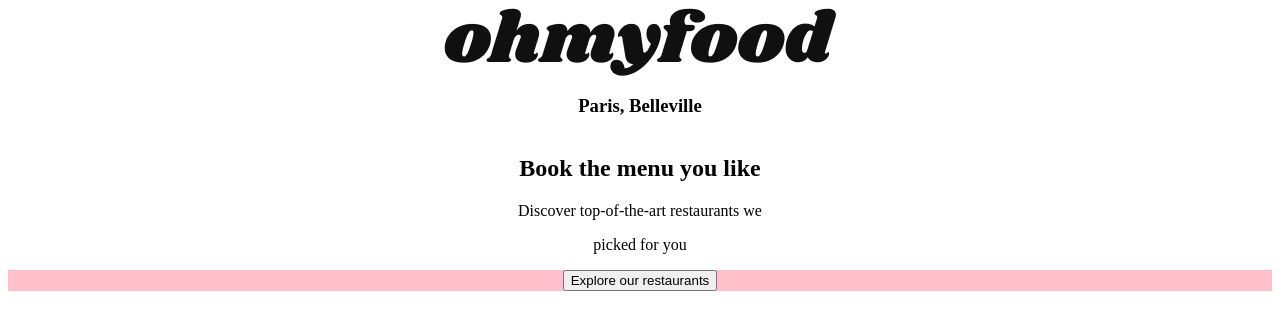
Repository: ailahin/ohmyfood
Page: Index.html
These files come from the project's save history. The page is drawn as it stood at one moment and after the next save; the edit follows.
The browser window is 1280 px wide. The pictures show the whole page.

Above is the page before, as saved 2023-08-11 00:52:03.

### Index.html
<!DOCTYPE html>
<html lang="en">
<head>
    <meta charset="UTF-8">
    <meta name="viewport" content="width=device-width, initial-scale=1.0">
    <title>ohmyfood</title>
    <link rel="stylesheet" href="index.css">
</head>
<body>
    <header>
        <div class="header-img">
            <img src="/images/logo/ohmyfood.png" alt="">
        </div>

        <div class="header-title">
            <h3> Paris, Belleville</h3>
        </div>

    </header>
    <nav>


        <div>
            <h1 class="nav-title"> Book the menu you like</h1>
        <p class="span-text"> Discover top-of-the-art restaurants we</p>
        <p class="span-text">picked for you</p>
        <p class="btn-text" ><button>Explore our restaurants </button></p>

        </div>

    </nav>

    <section>

    </section>
    <footer>

    </footer>
</body>
</html>

### index.css

.header-img{
    display: flex;
    align-items: center;
    justify-content:center;

}
.header-title{
    display: flex;
    align-items: center;
    justify-content:center;

}
.nav{
        align-items: center;
        justify-content: center;
        display: flex;


}

    .nav-title{
        align-items: center;
        justify-content: center;
        display: flex;

    }

    .span-text{
        align-items: center;
        justify-content: center;
        display: flex;
    }

    .btn-text{
        display: flex;
        text-align: center;
        justify-content: center;
        background-color: pink;
        padding-left: 200px;
        padding-right: 200px;
    }

After the next save:
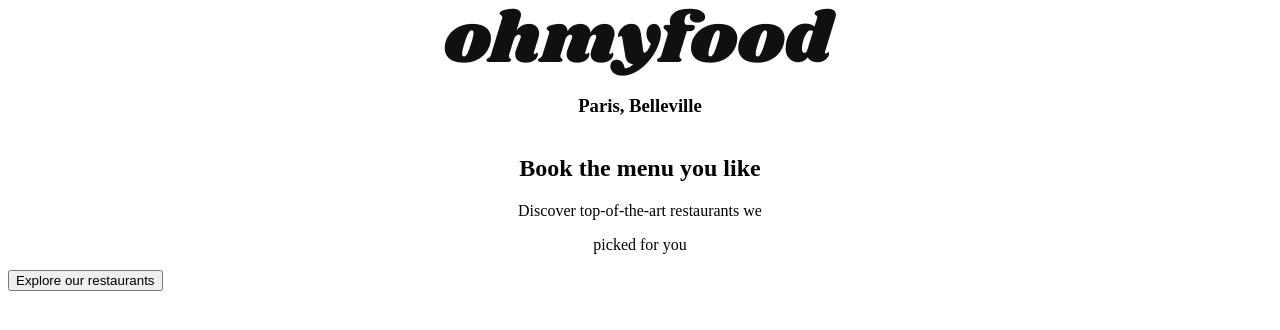
Saved 12 s later.
--- a/Index.html
+++ b/Index.html
@@ -24,7 +24,7 @@
             <h1 class="nav-title"> Book the menu you like</h1>
         <p class="span-text"> Discover top-of-the-art restaurants we</p>
         <p class="span-text">picked for you</p>
-        <p class="btn-text" ><button>Explore our restaurants </button></p>
+        <p ><button>Explore our restaurants </button></p>
 
         </div>
 
